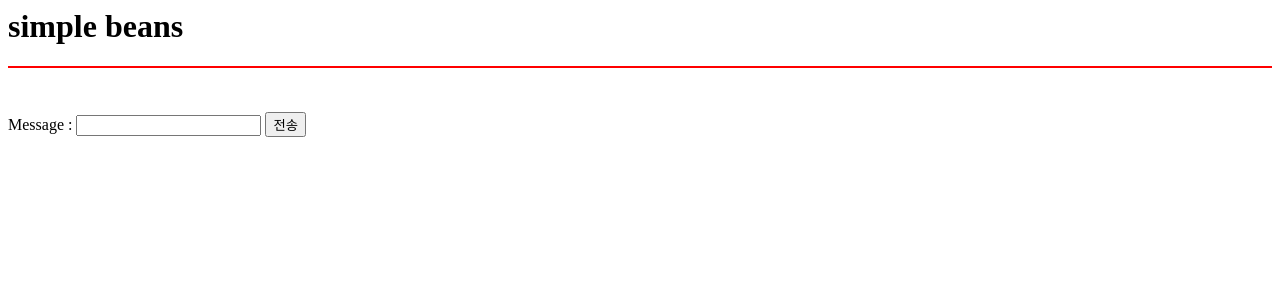
Repository: tomaters/servlets-JSP
Page: http://localhost/jsptest/sample/simpleForm.jsp
An editor plug-in stored every save of this project. The page is shown before and after the next save, followed by the edit.
The browser window is 1280 px wide. The pictures show the whole page.
The page is served by Tomcat 10.

Above is the page before, as saved 2023-12-01 05:28:31.

After the next save:
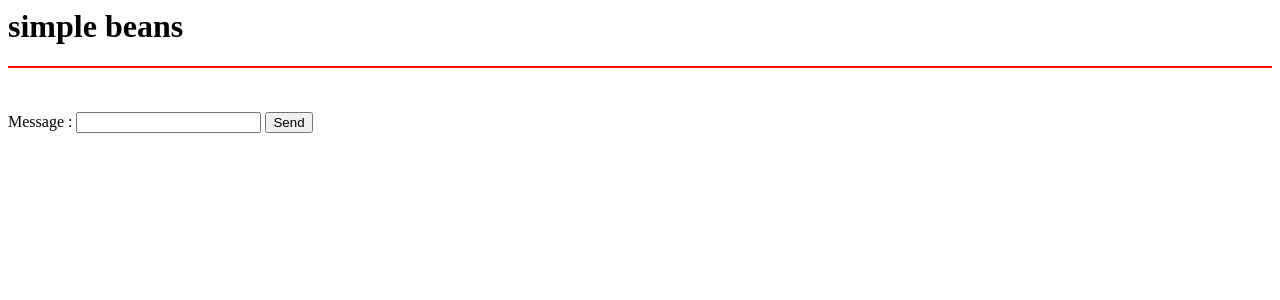
Saved 84 s later.
--- a/jsptest/src/main/webapp/sample/simpleForm.jsp
+++ b/jsptest/src/main/webapp/sample/simpleForm.jsp
@@ -4,5 +4,5 @@
 <hr color="red"></hr><br></br>
 <form method="post" action="simpleBean.jsp">
 Message : <input type="text" name="message">
-<input type="submit" value="전송">
+<input type="submit" value="Send">
 </form>
